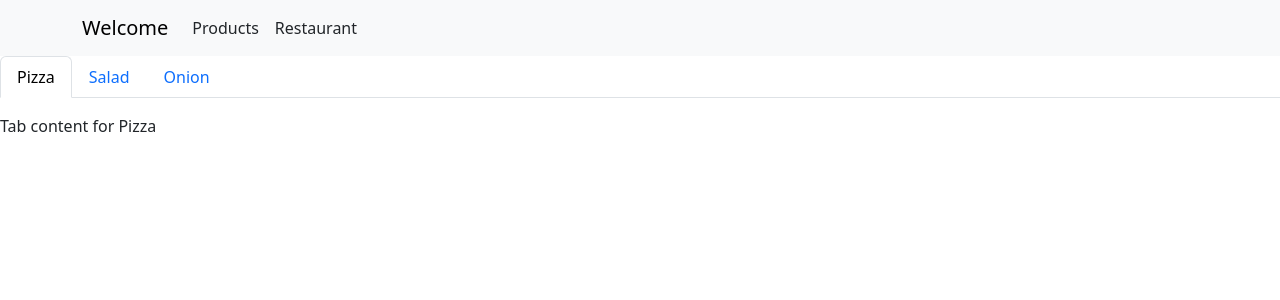
Repository: HadelAbdellatif/ReactApp2
Page: /restaurant
The author's editor kept a copy of each file at every save. The page is drawn from the files as they stood at one save, then again after the next save.
The browser window is 1280 px wide. The pictures show the whole page.
The project was rebuilt for these pictures with package versions that can differ from the ones it lists, and the page was loaded fresh each time. Also part of the build but not shown: vite.config.js, src/components/products/Products.jsx, src/App.css, src/index.css.

Above is the page before, as saved 2023-11-03 21:39:01.

After the next save:
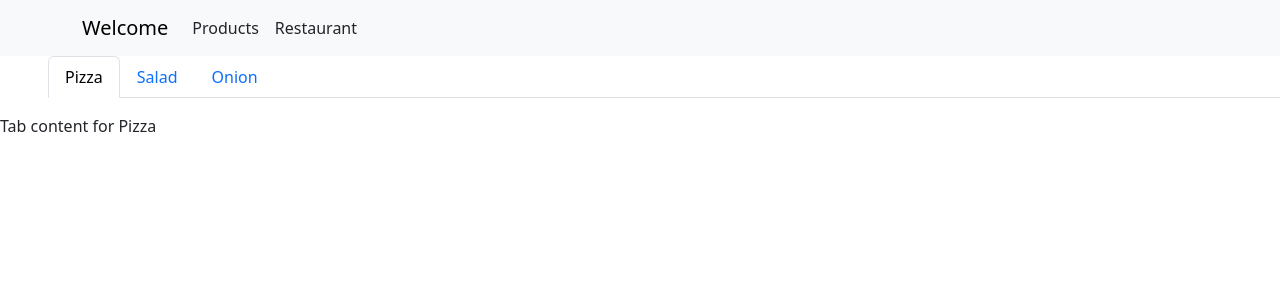
Saved 4 s later.
--- a/src/components/restaurant/Restaurant.jsx
+++ b/src/components/restaurant/Restaurant.jsx
@@ -6,7 +6,7 @@
     <Tabs
       defaultActiveKey="Pizza"
       id="uncontrolled-tab-example"
-      className="mb-3 m"
+      className="mb-3 ms-5"
     >
       <Tab eventKey="Pizza" title="Pizza">
         Tab content for Pizza

After the 3 saves that followed:
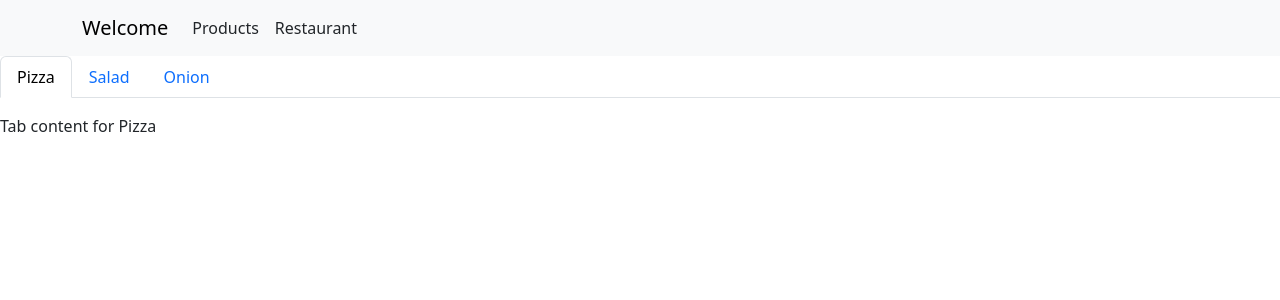
The 3 saves are shown as one change because they came seconds apart.
The last was saved 18 s later.
--- a/src/components/restaurant/Restaurant.jsx
+++ b/src/components/restaurant/Restaurant.jsx
@@ -3,10 +3,11 @@
 
 function RestaurantMenu() {
   return (
+
     <Tabs
       defaultActiveKey="Pizza"
       id="uncontrolled-tab-example"
-      className="mb-3 ms-5"
+      className="mb-3"
     >
       <Tab eventKey="Pizza" title="Pizza">
         Tab content for Pizza
